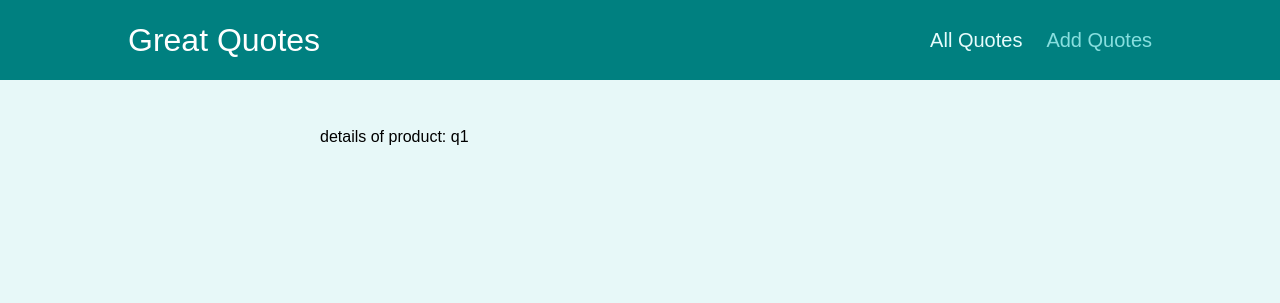
Repository: NamalPathirana/react-router-prac-two-demo
Page: /quotes/q1
These files come from the project's save history. The page is drawn as it stood at one moment and after a run of saves; the edit follows.
The browser window is 1280 px wide. The pictures show the whole page.
The project was rebuilt for these pictures with package versions that can differ from the ones it lists, and the page was loaded fresh each time. Also part of the build but not shown: src/components/UI/Card.module.css, src/components/UI/Card.js, src/components/UI/LoadingSpinner.module.css, src/components/UI/LoadingSpinner.js, src/components/quotes/QuoteForm.module.css, src/components/quotes/QuoteForm.js, src/components/pages/AddQuotes.js, src/components/comments/Comments.module.css and 8 more.

Above is the page before, as saved 2022-04-20 14:38:24.

### src/App.js
import { Fragment } from "react";
import { Redirect, Route, Switch } from "react-router-dom";
import Layout from "./components/layout/Layout";
import AddQuotes from "./components/pages/AddQuotes";
import QuotesDetails from "./components/pages/Quote-details";
import Quotes from "./components/pages/Quotes";

function App() {
  return (
    <Fragment>
      <Layout>
        <Switch>
          <Route path="/" exact>
            <Redirect to="/quotes"></Redirect>
          </Route>
          <Route path="/quotes" exact>
            <Quotes></Quotes>
          </Route>
          <Route path="/quotes/:quoteID">
            <QuotesDetails></QuotesDetails>
          </Route>
          <Route path="/add-quotes" exact>
            <AddQuotes></AddQuotes>
          </Route>
        </Switch>
      </Layout>
    </Fragment>
  );
}

export default App;

### src/components/layout/Layout.js
import { Fragment } from "react";
import Header from "./Header";
import classes from "./Layout.module.css"


const Layout = (props) => {
    return <Fragment>
        <Header></Header>
        <main className={classes.main} >{props.children}</main>
    </Fragment>
}


export default Layout;

### src/components/pages/Quote-details.js
import { Fragment } from "react";
import { Route, useParams } from "react-router-dom";
import Comments from "../comments/Comments";

const DUMMY_QUOTES = [
  { id: "q1", author: "Max", text: "learning react is fun" },
  { id: "q2", author: "Maximilan", text: "react is great!" },
];

const QuotesDetails = () => {
  const params = useParams();

  return (
    <Fragment>
      <p>details of product: {params.quoteID}</p>
      <Route path={`/quotes/${params.quoteID}/comments`}>
        <Comments></Comments>
      </Route>
    </Fragment>
  );
};

export default QuotesDetails;

### src/components/layout/Header.js
import { NavLink } from "react-router-dom";
import classes from "./MainNavigation.module.css";

const Header = () => {
  return (
    <header className={classes.header}>
      <p className={classes.logo}>Great Quotes</p>
      <nav className={classes.nav}>
        <ul>
          <li>
            <NavLink activeClassName={classes.active} to="/quotes">All Quotes</NavLink>
          </li>
          <li>
            <NavLink activeClassName={classes.active} to="/add-quotes">Add Quotes</NavLink>
          </li>
        </ul>
      </nav>
    </header>
  );
};

export default Header;

Loaded but not shown: public/index.html (common file); src/index.js (common file); src/index.css (common file); src/components/layout/Layout.module.css (common file); src/components/layout/MainNavigation.module.css (common file); src/components/quotes/HighlightedQuote.js (common file); src/components/quotes/HighlightedQuote.module.css (common file)

After the next 2 saves:
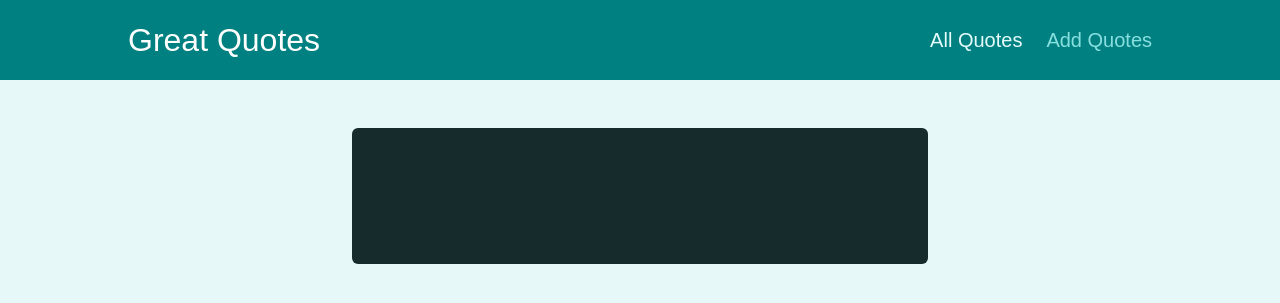
The 2 saves are shown as one change because 1 did not build or start.
The last was saved 2 min 41 s later.
--- a/src/components/pages/Quote-details.js
+++ b/src/components/pages/Quote-details.js
@@ -1,6 +1,7 @@
 import { Fragment } from "react";
 import { Route, useParams } from "react-router-dom";
 import Comments from "../comments/Comments";
+import HighlightedQuote from "../quotes/HighlightedQuote";
 
 const DUMMY_QUOTES = [
   { id: "q1", author: "Max", text: "learning react is fun" },
@@ -12,7 +13,7 @@ const QuotesDetails = () => {
 
   return (
     <Fragment>
-      <p>details of product: {params.quoteID}</p>
+      <HighlightedQuote/>
       <Route path={`/quotes/${params.quoteID}/comments`}>
         <Comments></Comments>
       </Route>
